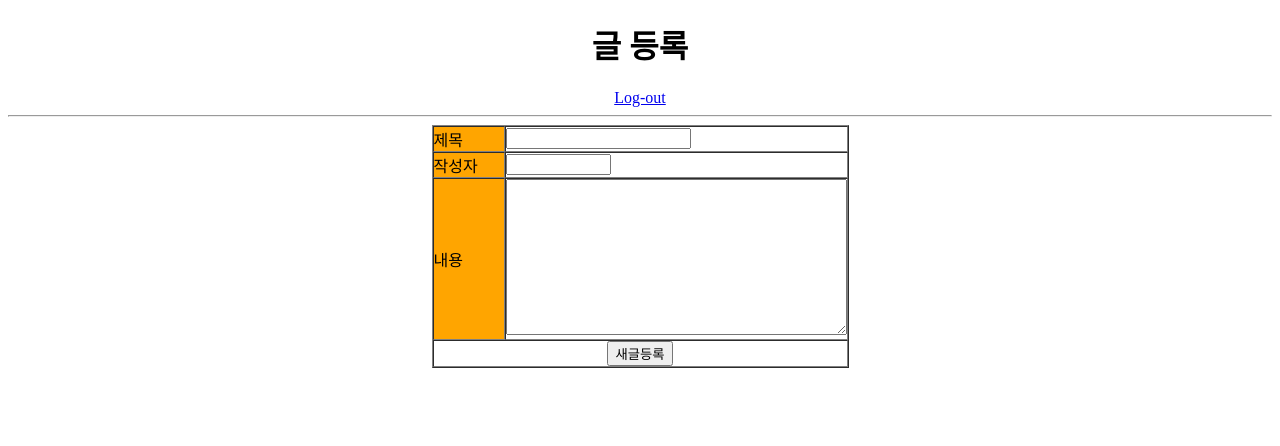
Repository: noopzzya/study_spring_globalin
Page: http://localhost/BoardWeb/insertBoard.jsp
An editor plug-in stored every save of this project. The page is shown before and after the next save, followed by the edit.
The browser window is 1280 px wide. The pictures show the whole page.
The page is served by Tomcat 9.

Above is the page before, as saved 2023-03-09 03:01:14.

After the next save:
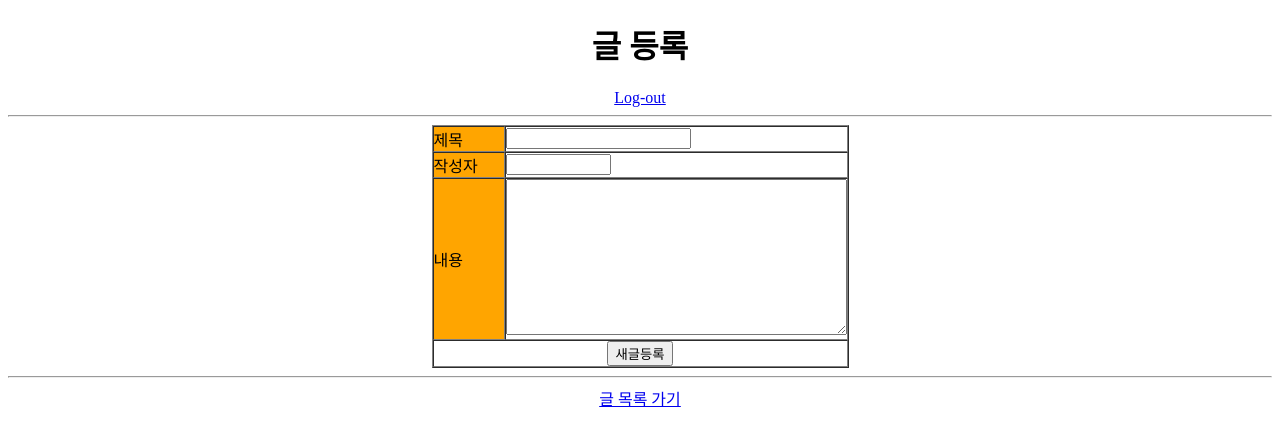
Saved 26 s later.
--- a/BoardWeb/src/main/webapp/insertBoard.jsp
+++ b/BoardWeb/src/main/webapp/insertBoard.jsp
@@ -42,6 +42,10 @@
 
 </form>
 
+<hr>
+
+<a href="getBoardList.jsp">글 목록 가기</a>
+
 </div>
 
 
